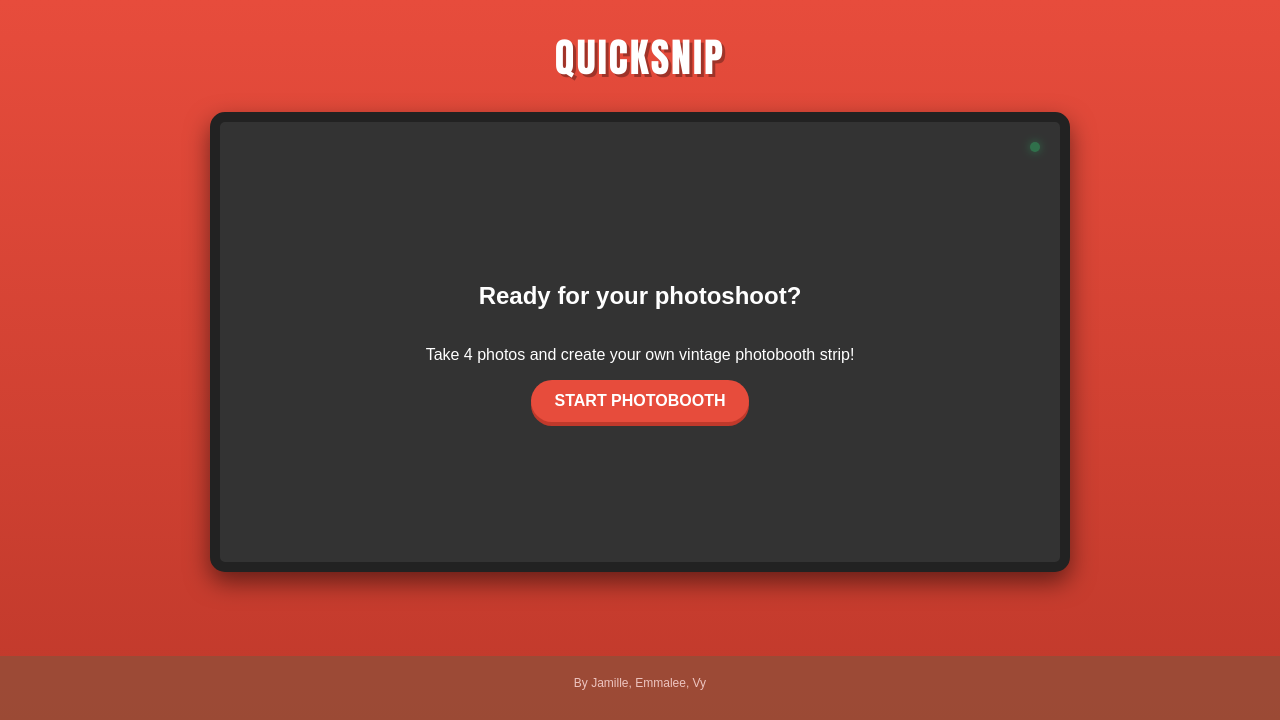
Repository: Strawb3rryjam/QuickSnip
Page: photobooth.html
These files come from the project's save history. The page is drawn as it stood at one moment and after the next save; the edit follows.
The browser window is 1280 px wide. The pictures show the whole page.
Some web fonts or font styles are not loaded; a fallback is used.

Above is the page before, as saved 2025-05-08 15:41:34.

After the next save:
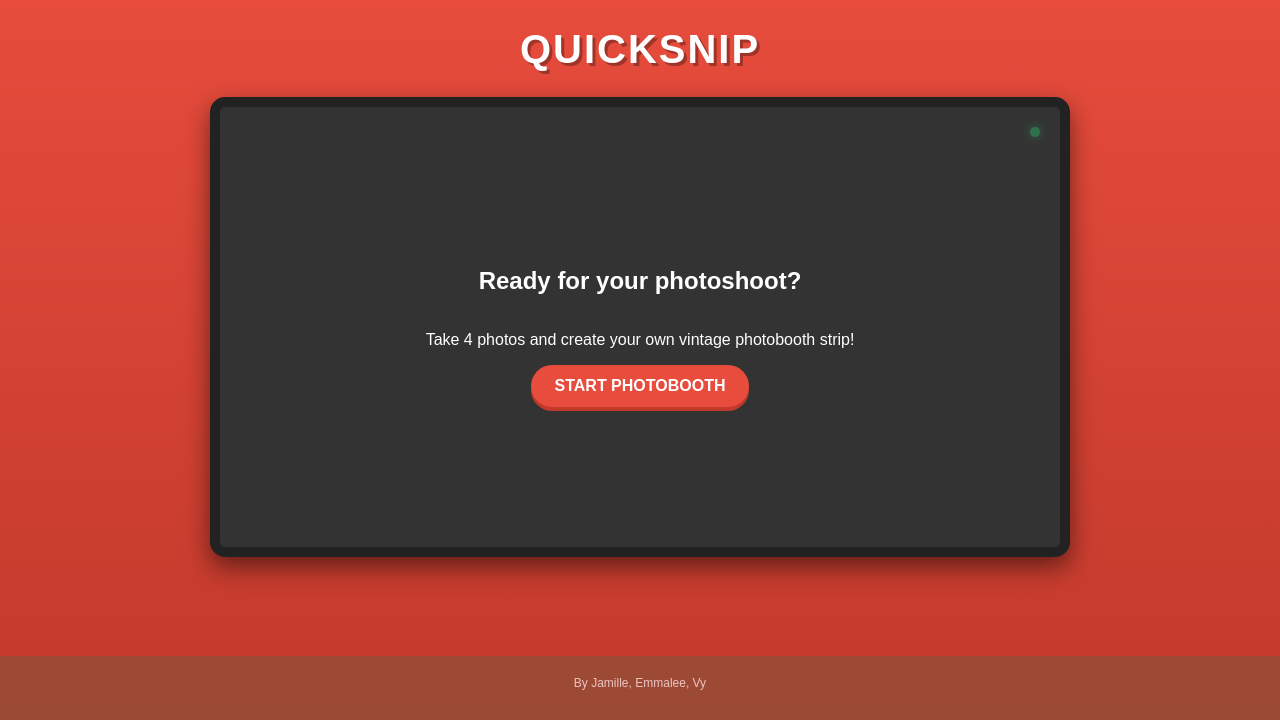
Saved 28 s later.
--- a/styles.css
+++ b/styles.css
@@ -13,7 +13,7 @@ body {
 }
 
 h1 {
-  font-family: 'Impact', sans-serif;
+  font-family: 'titan-one-regular', sans-serif;
   letter-spacing: 2px;
   font-size: 2.5rem;
   text-shadow: 3px 3px 0px rgba(0, 0, 0, 0.3);
